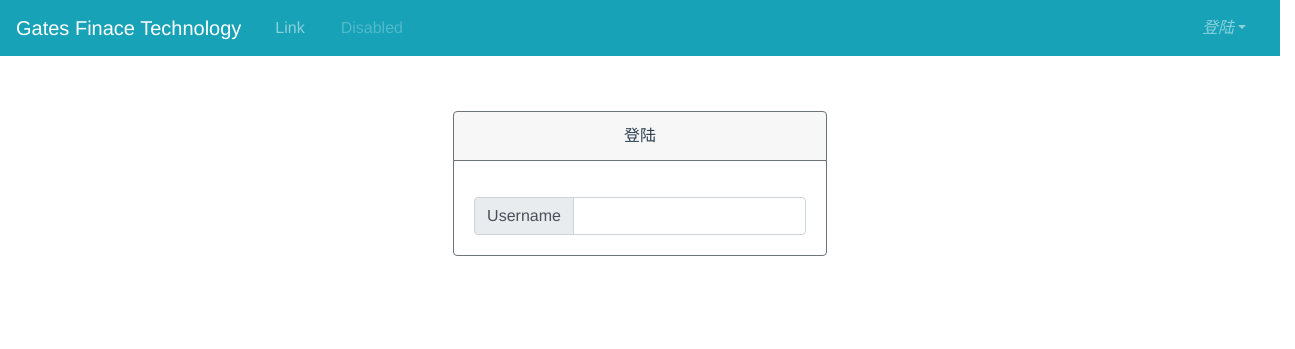
Repository: sqsssq/GatesFinace
Page: /login (app in webview/)
An editor plug-in stored every save of this project. The page is shown before and after the next save, followed by the edit.
The browser window is 1280 px wide. The page is 1295 px wide, so the pictures cover 1295 px, including what lies to the right of the window. The pictures show the whole page.
The project was rebuilt for these pictures with package versions that can differ from the ones it lists, and the page was loaded fresh each time. Also part of the build but not shown: webview/src/components/HelloWorld.vue, webview/src/views/Home.vue, webview/src/components/gatesCarousel.vue, webview/src/views/main.vue.

Above is the page before, as saved 2020-11-03 16:24:46.

After the next save:
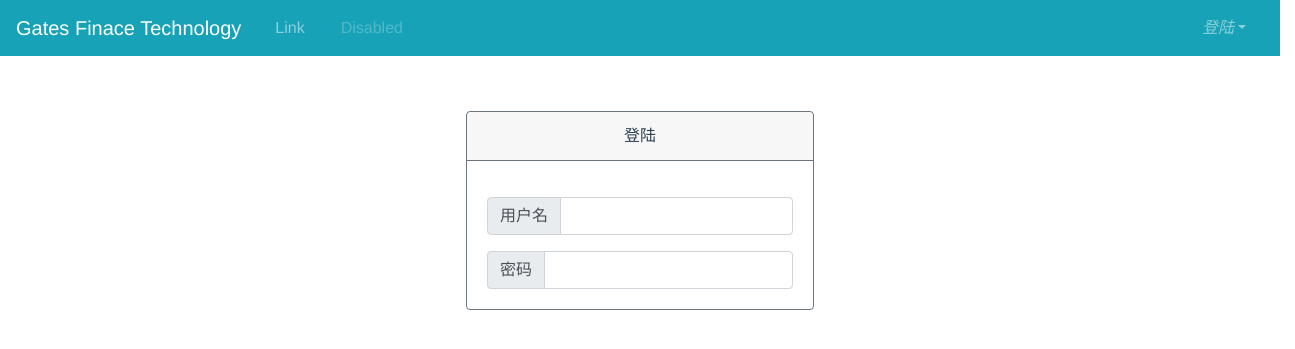
Saved 33 min 19 s later.
--- a/webview/src/components/gatesLogin.vue
+++ b/webview/src/components/gatesLogin.vue
@@ -16,7 +16,13 @@
     >
       <!-- <b-card-text>Lorem ipsum dolor sit amet, consectetur adipiscing elit.</b-card-text> -->
       <b-input-group
-        prepend="Username"
+        prepend="用户名"
+        class="mt-3"
+      >
+        <b-form-input></b-form-input>
+      </b-input-group>
+      <b-input-group
+        prepend="密码"
         class="mt-3"
       >
         <b-form-input></b-form-input>
